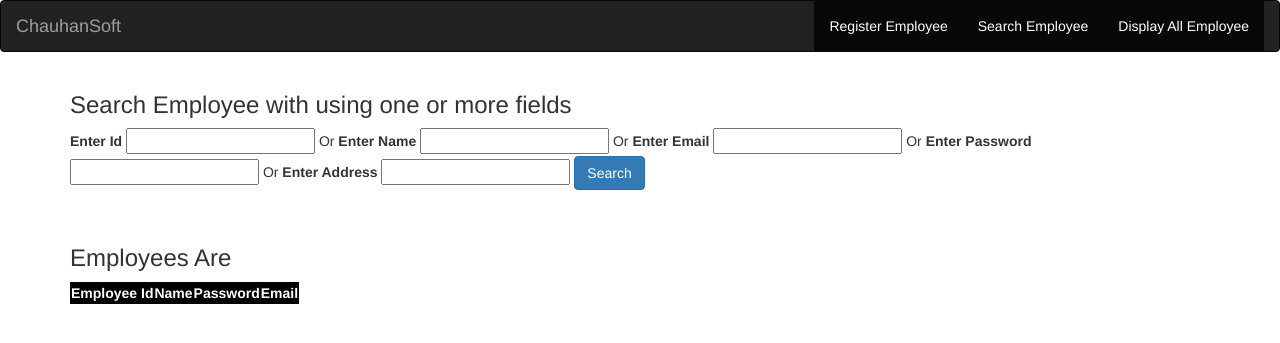
Repository: ErAdarshChauhan/Spring-Framework-5.0.0-Concepts
Page: http://localhost/sf-mvc-with-hibernate-crud-and-login-logout/WEB-INF/jsp/search.jsp
The author's editor kept a copy of each file at every save. The page is drawn from the files as they stood at one save, then again after the next save.
The browser window is 1280 px wide. The pictures show the whole page.
The page is served by Tomcat 9. Nobody is signed in. The template is opened directly, without the code that normally fills it, so the values that code supplies are empty.

Above is the page before, as saved 2020-06-22 13:15:38.

After the next save:
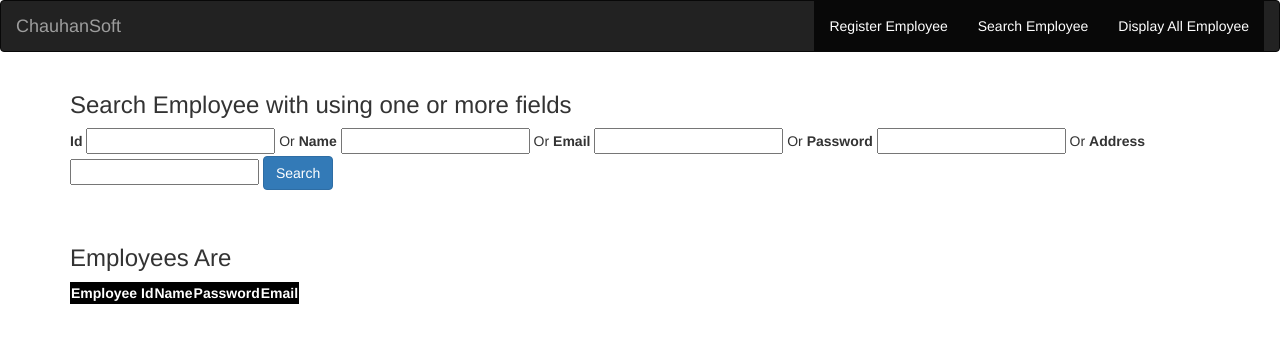
Saved 53 s later.
--- a/Spring-MVC-Projects/sf-mvc-with-hibernate-crud-and-login-logout/src/main/webapp/WEB-INF/jsp/search.jsp
+++ b/Spring-MVC-Projects/sf-mvc-with-hibernate-crud-and-login-logout/src/main/webapp/WEB-INF/jsp/search.jsp
@@ -54,19 +54,19 @@
 
   		<div class="form-group">
 
-  		   		<form:label path="employeeId">Enter Id</form:label>
+  		   		<form:label path="employeeId">Id</form:label>
   		   		<form:input path="employeeId"/> Or
 
-  		   		<form:label path="employeeName">Enter Name</form:label>
+  		   		<form:label path="employeeName">Name</form:label>
   		   		<form:input path="employeeName"/> Or
 
-  		   		<form:label path="email">Enter Email</form:label>
+  		   		<form:label path="email">Email</form:label>
   		   		<form:input path="email"/> Or
 
-  		   		<form:label path="password">Enter Password</form:label>
+  		   		<form:label path="password">Password</form:label>
   		   		<form:input path="password"/> Or
 
-  		   		<form:label path="address">Enter Address</form:label>
+  		   		<form:label path="address">Address</form:label>
   		   		<form:input path="address"/>
 
   		   		<input type="submit" value="Search" class="btn btn-primary">
